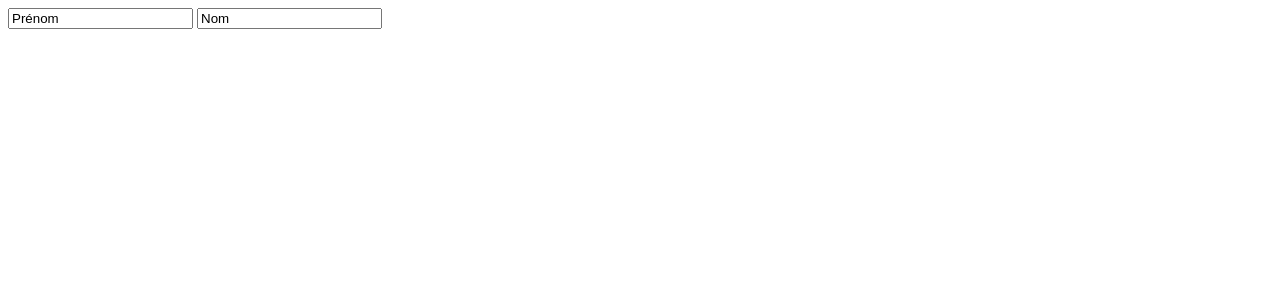
Repository: wendytoko/cours
Page: http://localhost/Test/Authentification.jsp
An editor plug-in stored every save of this project. The page is shown before and after the next save, followed by the edit.
The browser window is 1280 px wide. The pictures show the whole page.
The page is served by Tomcat 9. Other server files are loaded and not shown.

Above is the page before, as saved 2019-11-19 11:39:27.

### Cours Sarah/Test/WebContent/Authentification.jsp
<%@ page language="java" contentType="text/html; charset=ISO-8859-1"
    pageEncoding="ISO-8859-1"%>
<!DOCTYPE html PUBLIC "-//W3C//DTD HTML 4.01 Transitional//EN" "http://www.w3.org/TR/html4/loose.dtd">
<html>
<head>
<meta http-equiv="Content-Type" content="text/html; charset=ISO-8859-1">
<title>Insert title here</title>
</head>
<body>
<form action="MyServlet" method="Post">
<input type="text" name="Prénom" value="Prénom">
<input type="text" name="Nom" value="Nom">

</form>




</body>
</html>

After the next save:
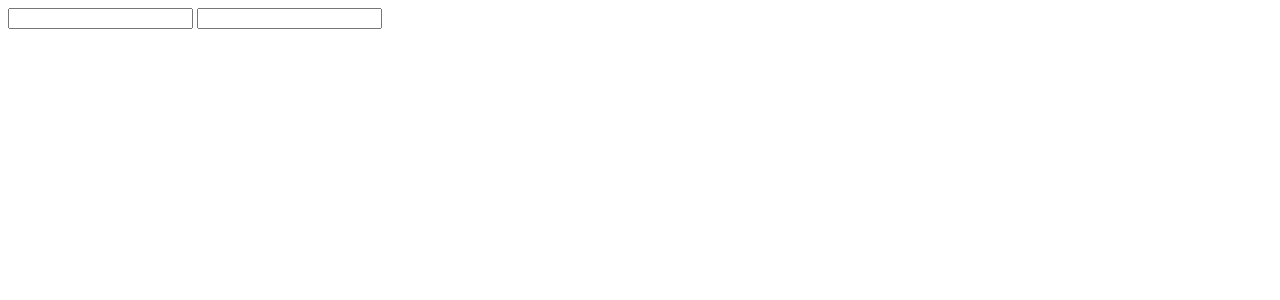
Saved 19 s later.
--- a/Cours Sarah/Test/WebContent/Authentification.jsp
+++ b/Cours Sarah/Test/WebContent/Authentification.jsp
@@ -8,8 +8,8 @@
 </head>
 <body>
 <form action="MyServlet" method="Post">
-<input type="text" name="Prénom" value="Prénom">
-<input type="text" name="Nom" value="Nom">
+<input type="text" name="Prénom" >
+<input type="text" name="Nom">
 
 </form>
 
